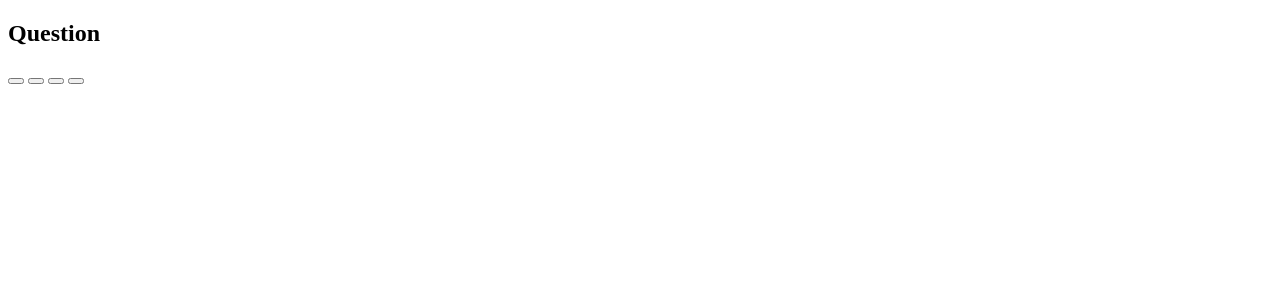
Repository: Pauldan1988/timed-quiz
Page: questions.html
These files come from the project's save history. The page is drawn as it stood at one moment and after the next save; the edit follows.
The browser window is 1280 px wide. The pictures show the whole page.

Above is the page before, as saved 2023-01-23 21:40:33.
Console error: ReferenceError: quizPage is not defined

### questions.html
<!DOCTYPE html>
<html lang="en">
<head>
    <meta charset="UTF-8">
    <meta http-equiv="X-UA-Compatible" content="IE=edge">
    <meta name="viewport" content="width=device-width, initial-scale=1.0">
    <title>Questions</title>
    <link rel="reset" href="./assets/CSS/reset.css">
    <link rel="stylesheet" href="./assets/CSS/style.css">
</head>
<body>
    <div>
        <div>
            <h2>Question</h2>
        </div>
        <div id="questions">
            <button></button>
            <button></button>
            <button></button>
            <button></button>
        </div>
        <div id="timer">

        </div>
    </div>
    <script src="./assets/JS/questions.js"></script>
</body>
</html>

### assets/CSS/style.css
main {
    display: flex;

}

#quizlet {

}

### assets/JS/questions.js
//@ts-check

let time = 60
let timer
let timerel = document.querySelector("#timer")



let quizDisplay = document.getElementById("questions")
//@ts-ignore
quizDisplay.textContent = quizPage

function startTimer() {
    timer = setInterval(function () {
        if (time > 0) {
            time -= 1
            //@ts-ignore
            timerel.textContent = `${time}`
        } else {
            clearInterval(timer) //Calculate score and pass it to the score page
        }
    }, 1000)

}

startTimer()

let questionIndex = 0
const questions = [
    {
        question: "What are the symbols used to indicate an array of objects?",
        choices: ["[]", "{}", "()", "<>"],
        answer: "[]"
    },
    {
        question: "When is it necessary to use the var keyword",
        choices: ["To declare a constant.", "To create an instruction.", "To declare a variable.", "None of the above."],
        answer: "To declare a variable."
    },
    {
        question: "Usually JavaScript line(s) end with",
        choices: ["Semicolon", "Colon", "Comma", "Forwardslash"],
        answer: "Semicolon"
    },
    {
        question: "Inside which HTML element do we put the JavaScript?",
        choices: ["<Javascript>", "<script>", "<Java>", "<scripting>"],
        answer: "<script>"
    }
]

const questionEl = document.querySelector("h2")
const answerContainer = document.querySelector("#questions")
// @ts-ignore
const answerButtons = answerContainer.children
// @ts-ignore
answerContainer.addEventListener("click", checkAnswer)

function checkAnswer(event) { //Two conditionals to check the answer
    if (event.target.tagName == "BUTTON") {
     const userAnswer = event.target.textContent
     const correctAnswer = questions[questionIndex].answer
     if (userAnswer === correctAnswer) {
        time += 5
        questionIndex++
     } else {
        time -= 10
        questionIndex++
     }
     if (questionIndex <= questions.length -1) {
        displayQuestion(questions[questionIndex])
     } else {
        clearInterval(timer)
        window.location.href = `/scorepage.html?score=${time}`

     }
    }



   // Store text content of clicked button in variable
   // Compair users answer with correct answer
   // If correct
   //   -Add 5 to the timer
   //   -Add 1 to question index
   //   -If questionIndex <= questions.length -1
   //       displayQuestion(questions[questionIndex])
   //   Else
   //       clearInterval(timer)
   //       Navigate to scorepage(pass time variable as query parameter)
   // If Incorrect (else)
   //   -Subtract 5 from timer
   //   -Add 1 to question index
   //   -If questionIndex <= questions.length -1
   //       displayQuestion(questions[questionIndex])
   //   Else
   //       clearInterval(timer)
   //       Navigate to scorepage(pass time variable as query parameter)


   //    console.log(event)
    // if (questionIndex <= questions.length -1) {
    //
    //     return
    // } else {
    //     questionIndex++
    //     time -= 10
    //     displayQuestion()
    // }
}

function displayQuestion(question) {
    // @ts-ignore
    questionEl.textContent = question.question
    question.choices.forEach((choice, idx) => {
        answerButtons[idx].textContent = choice
    })
}
displayQuestion(questions[questionIndex])









// document.querySelector("#Start").addEventListener("click", function(){
//     document.querySelector("#quizlet").style.display = "none"
//     displayQuestion()
//     startTimer()
// })

// body.appendChild(headerEl)
// body.appendChild(h1El)
// headerEl.setAttribute("style", "margin:auto; background-color: black; width:auto; height: 5rem; display:flex;")
// h1El.setAttribute("style", "margin:auto; display:flex; justify-content:center; font-size:50px")

// h1El.textContent = "JavaQuiz!"

// function header() {

// }

After the next save:
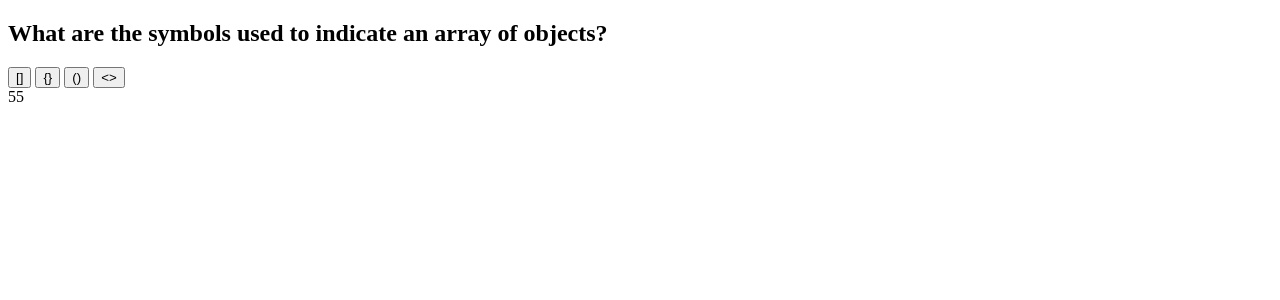
The error is gone.
Saved 20 s later.
--- a/assets/JS/questions.js
+++ b/assets/JS/questions.js
@@ -8,7 +8,7 @@
 
 let quizDisplay = document.getElementById("questions")
 //@ts-ignore
-quizDisplay.textContent = quizPage
+
 
 function startTimer() {
     timer = setInterval(function () {
